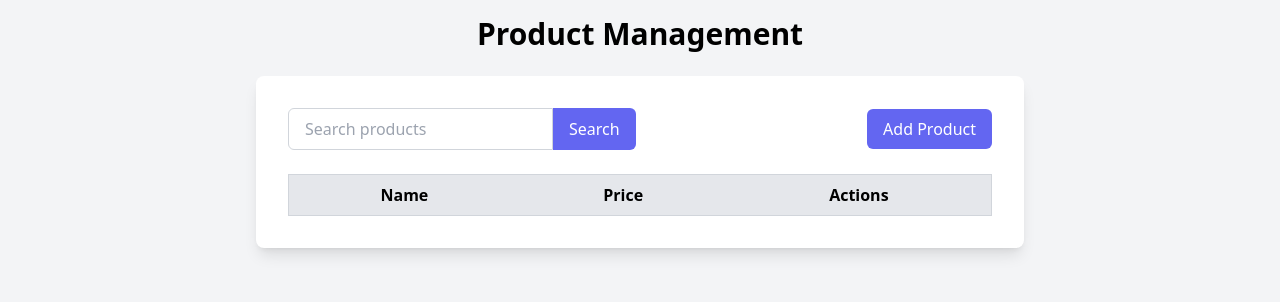
Repository: shaafsalman/product-Management-MERN
Page: /home (app in frontend/)
An editor plug-in stored every save of this project. The page is shown before and after the next save, followed by the edit.
The browser window is 1280 px wide. The pictures show the whole page.
The page's requests for data from a server got no answer. The project was rebuilt for these pictures with package versions that can differ from the ones it lists, and the page was loaded fresh each time. No one was signed in, and anything a server would have sent is missing. Also part of the build but not shown: frontend/vite.config.js, frontend/src/Cards/messageCard.jsx, frontend/src/Pages/Login.jsx, frontend/src/Pages/SighnUp.jsx, frontend/src/Pages/NoPage.jsx, frontend/src/Pages/AddProduct.jsx.

Above is the page before, as saved 2024-05-15 07:36:35.

After the next save:
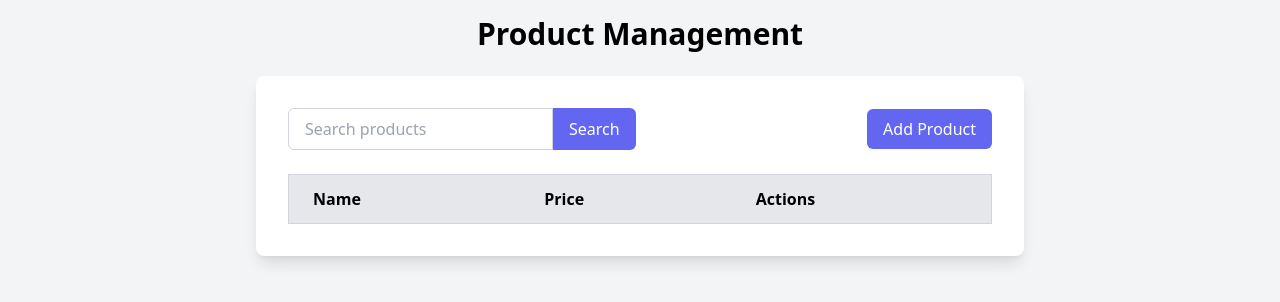
Saved 61 s later.
--- a/frontend/src/Pages/Home.jsx
+++ b/frontend/src/Pages/Home.jsx
@@ -105,30 +105,29 @@ const Home = () => {
           >
             Add Product
           </button>
-        </div>
-        <table className="w-full border-collapse border border-gray-300">
+        </div><table className="w-full border border-collapse border-gray-300">
   <thead>
     <tr className="bg-gray-200">
-      <th className="px-4 py-2">Name</th>
-      <th className="px-4 py-2">Price</th>
-      <th className="px-4 py-2">Actions</th>
+      <th className="px-6 py-3 text-left">Name</th>
+      <th className="px-6 py-3 text-left">Price</th>
+      <th className="px-6 py-3 text-left">Actions</th>
     </tr>
   </thead>
   <tbody>
     {searchResults.map((product, index) => (
-      <tr key={index} className="hover:bg-gray-100">
-        <td className="px-4 py-2">{product.name}</td>
-        <td className="px-4 py-2">{product.price}</td>
-        <td className="px-4 py-2 space-x-2">
+      <tr key={index} className={(index % 2 === 0) ? "bg-gray-100" : "bg-white"}>
+        <td className="px-6 py-4">{product.name}</td>
+        <td className="px-6 py-4">{product.price}</td>
+        <td className="px-6 py-4 space-x-2">
           <button
             onClick={() => handleUpdateProduct(product._id, { name: 'Updated Name', price: 0 })}
-            className="bg-blue-500 text-white px-2 py-1 rounded-md hover:bg-blue-600 focus:outline-none focus:bg-blue-600"
+            className="px-4 py-2 bg-blue-500 text-white rounded-md hover:bg-blue-600 focus:outline-none focus:bg-blue-600"
           >
             Update
           </button>
           <button
             onClick={() => handleDeleteProduct(product._id)}
-            className="bg-indigo-500 text-white px-2 py-1 rounded-md hover:bg-indigo-600 focus:outline-none focus:bg-indigo-600"
+            className="px-4 py-2 bg-indigo-500 text-white rounded-md hover:bg-indigo-600 focus:outline-none focus:bg-indigo-600"
           >
             Delete
           </button>
@@ -137,6 +136,7 @@ const Home = () => {
     ))}
   </tbody>
 </table>
+
 
 
       </div>
